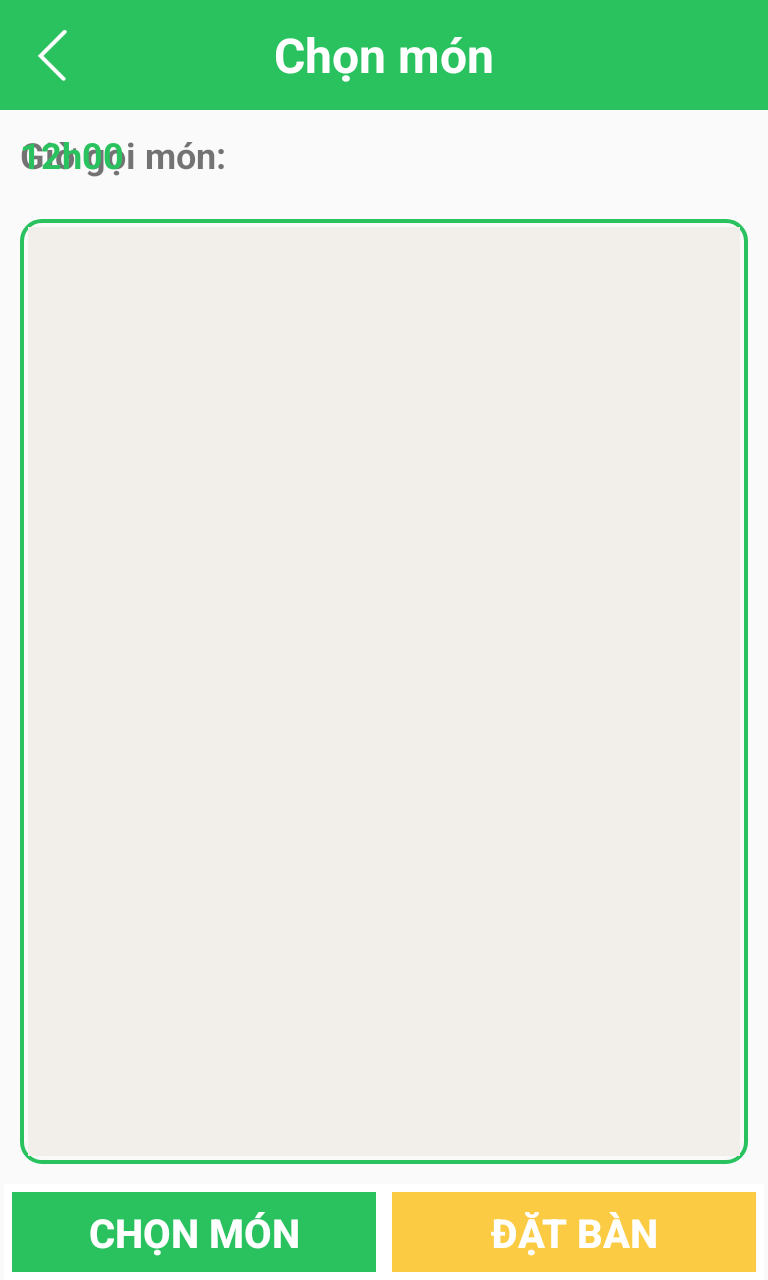
Repository: yenthanh132/Intelresment_AndroidClientApp
Layout: Intelresment/res/layout/activity_order.xml
The author's editor kept a copy of each file at every save. The layout is drawn from the files as they stood at one save, then again after the next save.
It is drawn on a 768 x 1280 px phone screen (xhdpi) without system bars, with theme AppTheme; the app's code is not run. Lists and similar views that code fills are empty.

Above is the layout before, as saved 2014-12-27 07:38:21.

### Intelresment/res/layout/activity_order.xml
<?xml version="1.0" encoding="utf-8"?>
<RelativeLayout xmlns:android="http://schemas.android.com/apk/res/android"
    android:layout_width="match_parent"
    android:layout_height="match_parent" >

    <RelativeLayout
        android:id="@+id/header"
        android:layout_width="match_parent"
        android:layout_height="wrap_content"
        android:background="#2AC25F"
        android:padding="10dp" >

        <ImageButton
            android:id="@+id/btnBack"
            android:layout_width="35dp"
            android:layout_height="35dp"
            android:background="@drawable/transparent_button"
            android:scaleType="fitXY"
            android:src="@drawable/back" />

        <TextView
            android:id="@+id/tvLabel1"
            android:layout_width="wrap_content"
            android:layout_height="wrap_content"
            android:layout_centerInParent="true"
            android:text="Chọn món"
            android:textColor="#fff"
            android:textSize="24sp"
            android:textStyle="bold" />
    </RelativeLayout>

    <RelativeLayout
        android:id="@+id/panelDetail"
        android:layout_width="match_parent"
        android:layout_height="wrap_content"
        android:layout_above="@+id/panelButton"
        android:layout_below="@+id/header"
        android:padding="10dp" >

        <TextView
            android:id="@+id/tvLabel2"
            android:layout_width="wrap_content"
            android:layout_height="wrap_content"
            android:text="Giờ gọi món: "
            android:textSize="18sp"
            android:textStyle="bold" />

        <TextView
            android:id="@+id/tvOrderDate"
            android:layout_width="wrap_content"
            android:layout_height="wrap_content"
            android:layout_toRightOf="@+id/tvLabel1"
            android:text="12h00"
            android:textColor="#2AC25F"
            android:textSize="18sp"
            android:textStyle="bold" />

        <RelativeLayout
            android:id="@+id/panelOrderedFood"
            android:layout_width="match_parent"
            android:layout_height="wrap_content"
            android:layout_below="@+id/tvOrderDate"
            android:layout_marginTop="20dp"
            android:background="@drawable/oval_rectangle"
            android:padding="4dp" >

            <TextView
                android:id="@+id/tvLabel3"
                android:layout_width="wrap_content"
                android:layout_height="wrap_content"
                android:layout_centerHorizontal="true"
                android:text="Danh sách món ăn"
                android:textSize="18sp"
                android:textStyle="italic" />

            <GridView
                android:id="@+id/gvOrderedFood"
                android:layout_width="match_parent"
                android:layout_height="match_parent"
                android:layout_below="@+id/tvLabel2"
                android:background="#F2EEE9" >
            </GridView>
        </RelativeLayout>
    </RelativeLayout>

    <LinearLayout
        android:id="@+id/panelButton"
        android:layout_width="match_parent"
        android:layout_height="wrap_content"
        android:layout_alignParentBottom="true"
        android:paddingLeft="2dp"
        android:paddingRight="2dp"
        android:weightSum="2" >

        <Button
            android:id="@+id/btnChooseFood"
            android:layout_width="match_parent"
            android:layout_height="wrap_content"
            android:layout_weight="1"
            android:background="@drawable/green_button"
            android:padding="10dp"
            android:text="Chọn món"
            android:textColor="#fff"
            android:textSize="20sp"
            android:textStyle="bold" />

        <Button
            android:id="@+id/btnOrder"
            android:layout_width="match_parent"
            android:layout_height="wrap_content"
            android:layout_weight="1"
            android:background="@drawable/orange_button"
            android:padding="10dp"
            android:text="Đặt bàn"
            android:textColor="#fff"
            android:textSize="20sp"
            android:textStyle="bold" />
    </LinearLayout>

</RelativeLayout>

### Intelresment/res/drawable/transparent_button.xml
<?xml version="1.0" encoding="utf-8"?>
<selector xmlns:android="http://schemas.android.com/apk/res/android">

    <item android:state_pressed="true"><shape>
            <solid android:color="#0E9174" />
        </shape></item>
    <item><shape>
            <solid android:color="#00000000" />
        </shape></item>

</selector>

### Intelresment/res/drawable/oval_rectangle.xml
<?xml version="1.0" encoding="utf-8"?>
<shape xmlns:android="http://schemas.android.com/apk/res/android" >

    <corners android:radius="10dp" />

    <stroke
        android:width="2dp"
        android:color="#2AC25F" />

</shape>

### Intelresment/res/drawable/green_button.xml
<?xml version="1.0" encoding="utf-8"?>
<selector xmlns:android="http://schemas.android.com/apk/res/android">

    <item android:state_pressed="true"><shape>
            <solid android:color="#0E9174" />

            <stroke android:width="4dp" android:color="#fff" />

            <padding android:bottom="10dp" android:left="10dp" android:right="10dp" android:top="10dp" />
        </shape></item>
    <item><shape>
            <solid android:color="#2AC25F" />

            <stroke android:width="4dp" android:color="#fff" />


        </shape></item>

</selector>

### Intelresment/res/drawable/orange_button.xml
<?xml version="1.0" encoding="utf-8"?>
<selector xmlns:android="http://schemas.android.com/apk/res/android">

    <item android:state_pressed="true"><shape>
            <solid android:color="#0E9174" />

            <stroke android:width="4dp" android:color="#fff" />

            <padding android:bottom="10dp" android:left="10dp" android:right="10dp" android:top="10dp" />
        </shape></item>
    <item><shape>
            <solid android:color="#FBCB43" />

            <stroke android:width="4dp" android:color="#fff" />


        </shape></item>

</selector>

Loaded but not shown: Intelresment/res/values/styles.xml (common file); Intelresment/res/values-v11/styles.xml (common file); Intelresment/res/values-v14/styles.xml (common file)

After the next save:
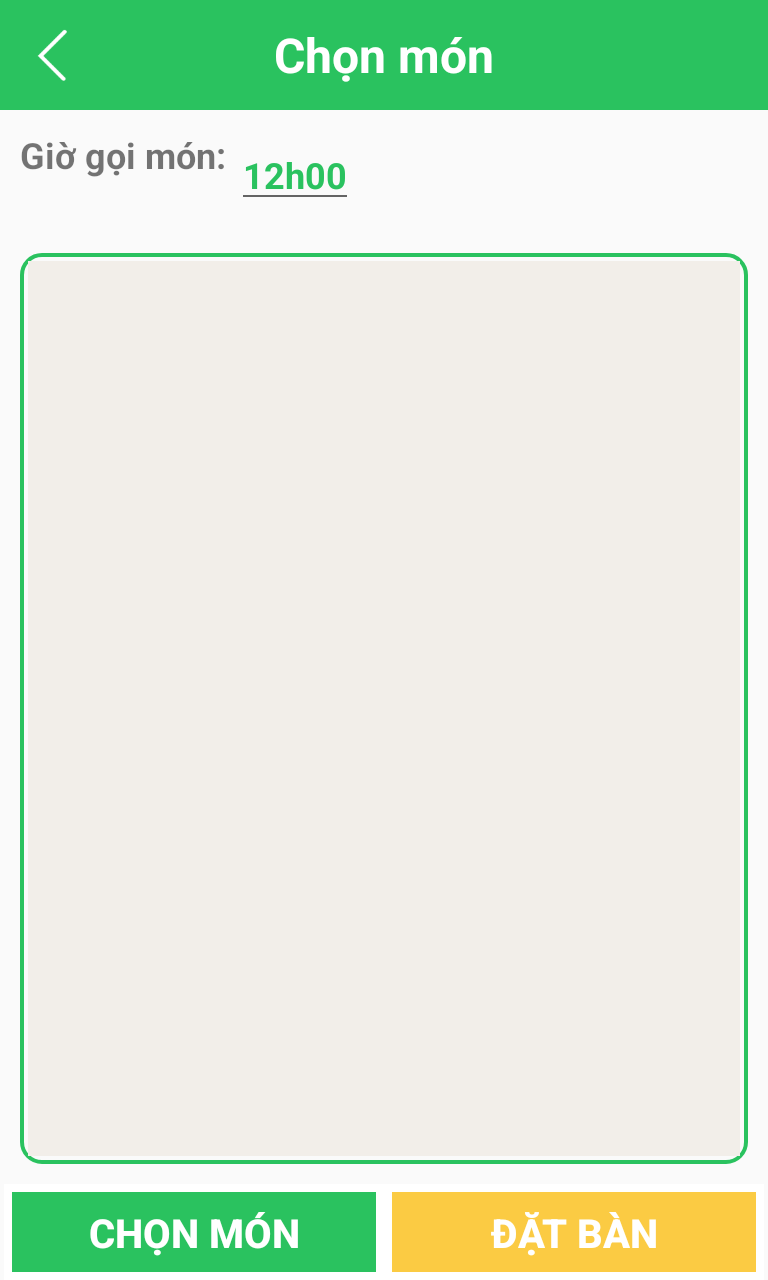
Saved 22 s later.
--- a/Intelresment/res/layout/activity_order.xml
+++ b/Intelresment/res/layout/activity_order.xml
@@ -45,11 +45,11 @@
             android:textSize="18sp"
             android:textStyle="bold" />
 
-        <TextView
+        <EditText
             android:id="@+id/tvOrderDate"
             android:layout_width="wrap_content"
             android:layout_height="wrap_content"
-            android:layout_toRightOf="@+id/tvLabel1"
+            android:layout_toRightOf="@+id/tvLabel2"
             android:text="12h00"
             android:textColor="#2AC25F"
             android:textSize="18sp"
